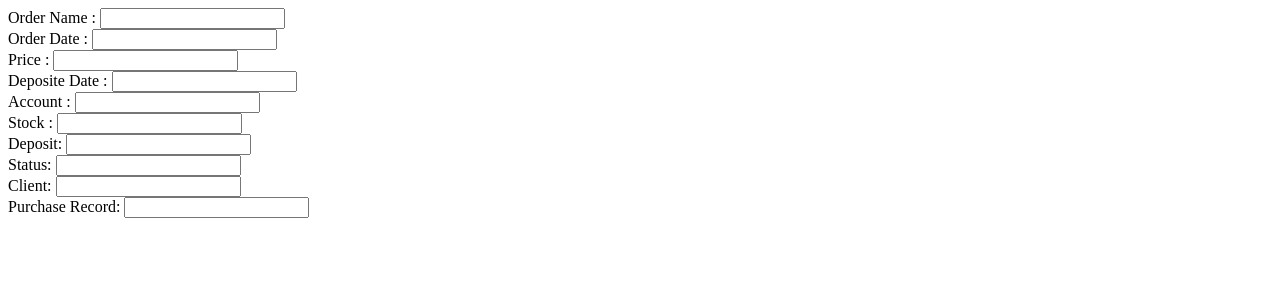
Repository: cheukyin21hk/DudeClothingConsole
Page: http://localhost/DudeClothing/WEB-INF/views/orderMgt.jsp
An editor plug-in stored every save of this project. The page is shown before and after the next save, followed by the edit.
The browser window is 1280 px wide. The pictures show the whole page.
The page is served by Tomcat 9. Nobody is signed in. Other server files are loaded and not shown. The template is opened directly, without the code that normally fills it, so the values that code supplies are empty.

Above is the page before, as saved 2015-06-01 02:50:25.

### DudeClothing/src/main/webapp/WEB-INF/views/orderMgt.jsp
<%@ page language="java" contentType="text/html; charset=UTF-8"
	pageEncoding="UTF-8"%>
<!DOCTYPE html PUBLIC "-//W3C//DTD HTML 4.01 Transitional//EN" "http://www.w3.org/TR/html4/loose.dtd">
<html>
<head>
<meta http-equiv="Content-Type" content="text/html; charset=UTF-8">
<title>DudeClothing - Order Info Management</title>
</head>
<body>
	Order Name :
	<input type='text'>
	<br /> Order Date :
	<input type='text'>
	<br /> Price :
	<input type='text'>
	<br /> Deposite Date :
	<input type='text'>
	<br /> Account :
	<input type='text'>
	<br /> Stock :
	<input type='text'>
	<br /> Deposit:
	<input type='text'>
	<br /> Status:
	<input type='text'>
	<br /> Client:
	<input type='text'>
	<br /> Purchase Record:
	<input type='text'>
</body>
</html>

After the next save:
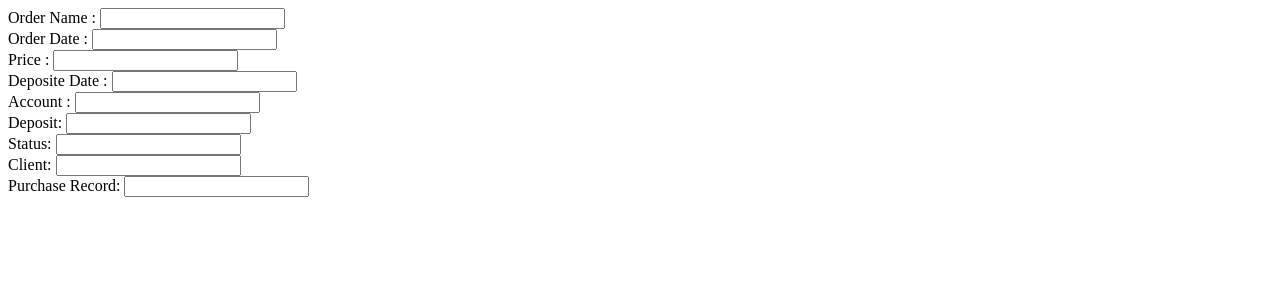
Saved 20 s later.
--- a/DudeClothing/src/main/webapp/WEB-INF/views/orderMgt.jsp
+++ b/DudeClothing/src/main/webapp/WEB-INF/views/orderMgt.jsp
@@ -17,8 +17,6 @@
 	<input type='text'>
 	<br /> Account :
 	<input type='text'>
-	<br /> Stock :
-	<input type='text'>
 	<br /> Deposit:
 	<input type='text'>
 	<br /> Status:
